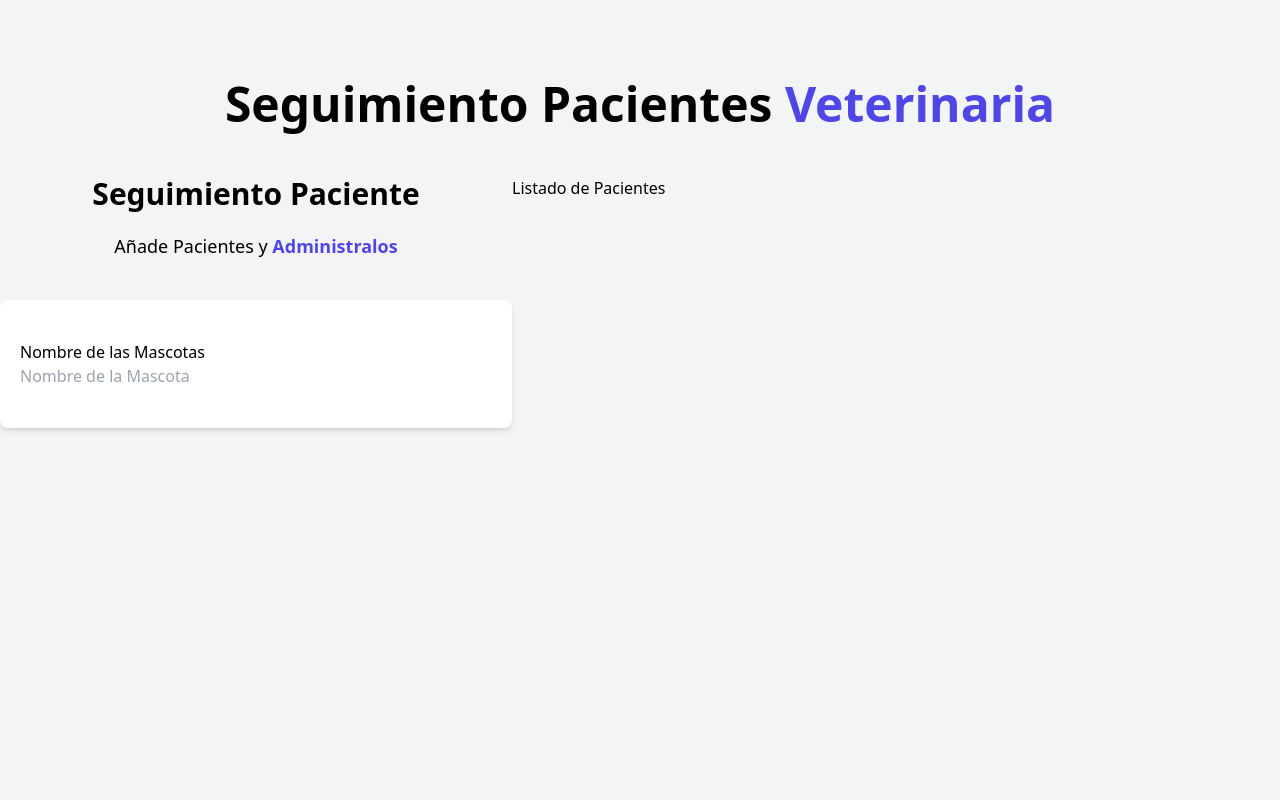
Repository: richardacb/citas_react_vite
Page: /
An editor plug-in stored every save of this project. The page is shown before and after a run of saves, followed by the edit.
The browser window is 1280 px wide. The pictures show the whole page.
The project was rebuilt for these pictures with package versions that can differ from the ones it lists, and the page was loaded fresh each time. Also part of the build but not shown: vite.config.js.

Above is the page before, as saved 2022-12-17 02:42:41.

### src/App.jsx
import { useState } from "react";
import Header from "./components/Header";
import Formulario from "./components/Formulario";
import ListadoPacientes from "./components/ListadoPacientes";

function App() {
  return (
    <div className="container mx-auto mt-20">
      <Header />
      <div className="mt-12 md:flex">
        <Formulario />
        <ListadoPacientes />
      </div>
    </div>
  );
}

export default App;

### src/components/Header.jsx
function Header() {
  return (
    <>
        <h1 className="font-black text-5xl text-center md:w-2/3 mx-auto">Seguimiento Pacientes {''}
         <span className="text-indigo-600">Veterinaria</span></h1>
    </>
  );
}

export default Header;

### src/components/Formulario.jsx
const Formulario = () => {
    return (
        <div className="md:w-1/2 lg:w-2/5">
            <h2 className="font-black text-3xl text-center">Seguimiento Paciente</h2>

            <p className="text-lg mt-5 text-center mb-10">
                Añade Pacientes y {''} <span className="text-indigo-600 font-bold">Administralos</span>
            </p>

            <form className="bg-white shadow-md rounded-lg py-10 px-5">
                <div>
                    <label className="block">Nombre de las Mascotas</label>
                    <input
                        type="text"
                        placeholder="Nombre de la Mascota"
                        className=""
                    />
                </div>
            </form>
        </div>
    )
}

export default Formulario;

### src/components/ListadoPacientes.jsx
const ListadoPacientes = () => {
  return (
    <div className="w-1/2 lg:w-3/5">
      <h2>Listado de Pacientes</h2>
    </div>
  );
};

export default ListadoPacientes;

Loaded but not shown: index.html (common file); src/main.jsx (common file); src/index.css (common file); tailwind.config.cjs (common file)

After the next 7 saves:
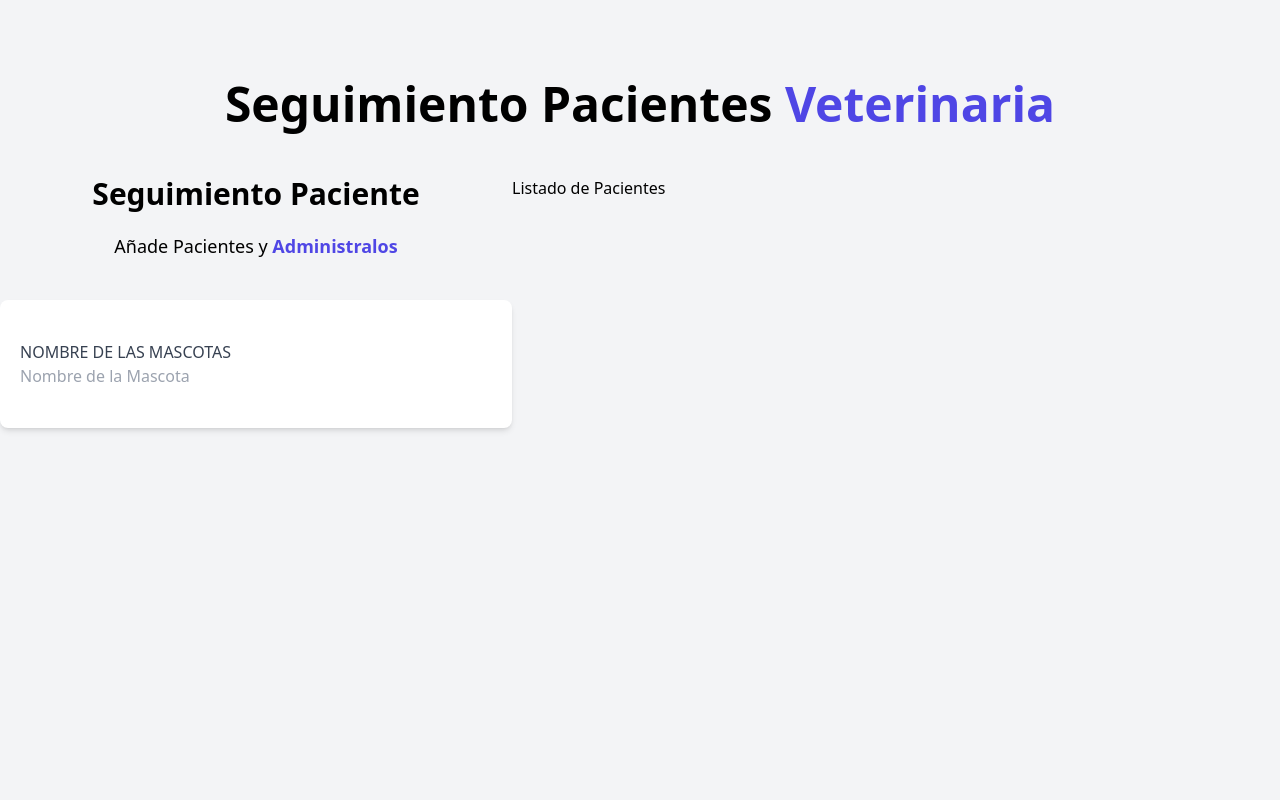
The 7 saves are shown as one change because they came seconds apart.
The last was saved 38 s later.
--- a/src/components/Formulario.jsx
+++ b/src/components/Formulario.jsx
@@ -9,7 +9,7 @@ const Formulario = () => {
 
             <form className="bg-white shadow-md rounded-lg py-10 px-5">
                 <div>
-                    <label className="block">Nombre de las Mascotas</label>
+                    <label className="block text-gray-700 uppercase">Nombre de las Mascotas</label>
                     <input
                         type="text"
                         placeholder="Nombre de la Mascota"
